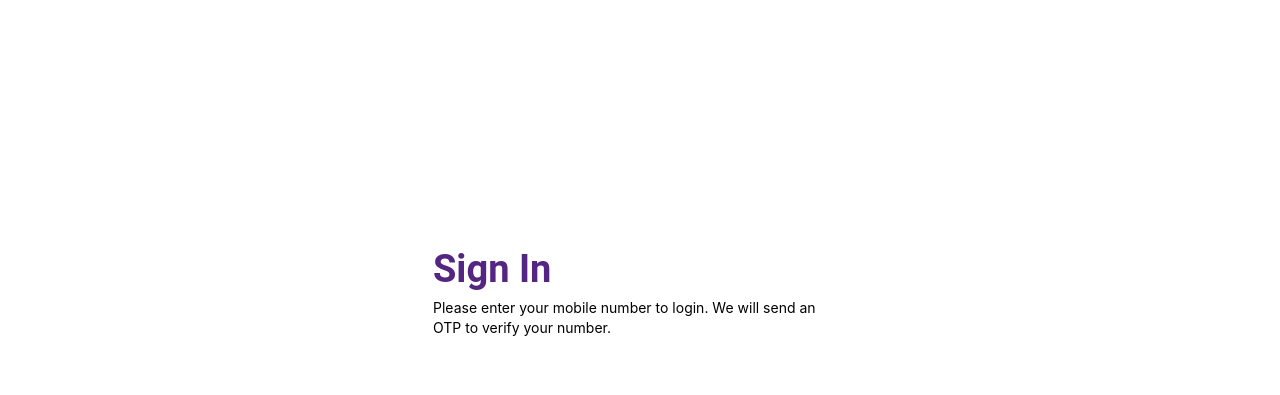
Repository: jayaprakash27/helloar-task
Page: /
An editor plug-in stored every save of this project. The page is shown before and after the next save, followed by the edit.
The browser window is 1280 px wide. The pictures show the whole page.
The project was rebuilt for these pictures with package versions that can differ from the ones it lists, and the page was loaded fresh each time.

Above is the page before, as saved 2023-10-26 22:46:23.

After the next save:
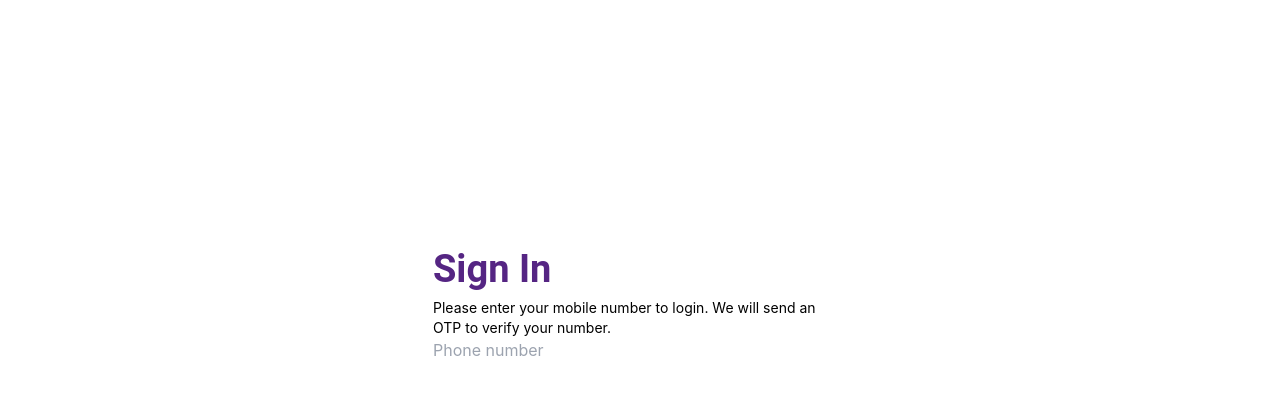
Saved 57 s later.
--- a/src/components/Login.jsx
+++ b/src/components/Login.jsx
@@ -43,6 +43,7 @@ function Login() {
       <div className=' login-box'>
         <h1 className=" text-primary-color font-semibold"> Sign In</h1>
         <p className=' text-sm'>Please enter your mobile number to login. We will send an OTP to verify your number.</p>
+        <input type="text" placeholder='Phone number' />
       </div>
     </div>
   );
